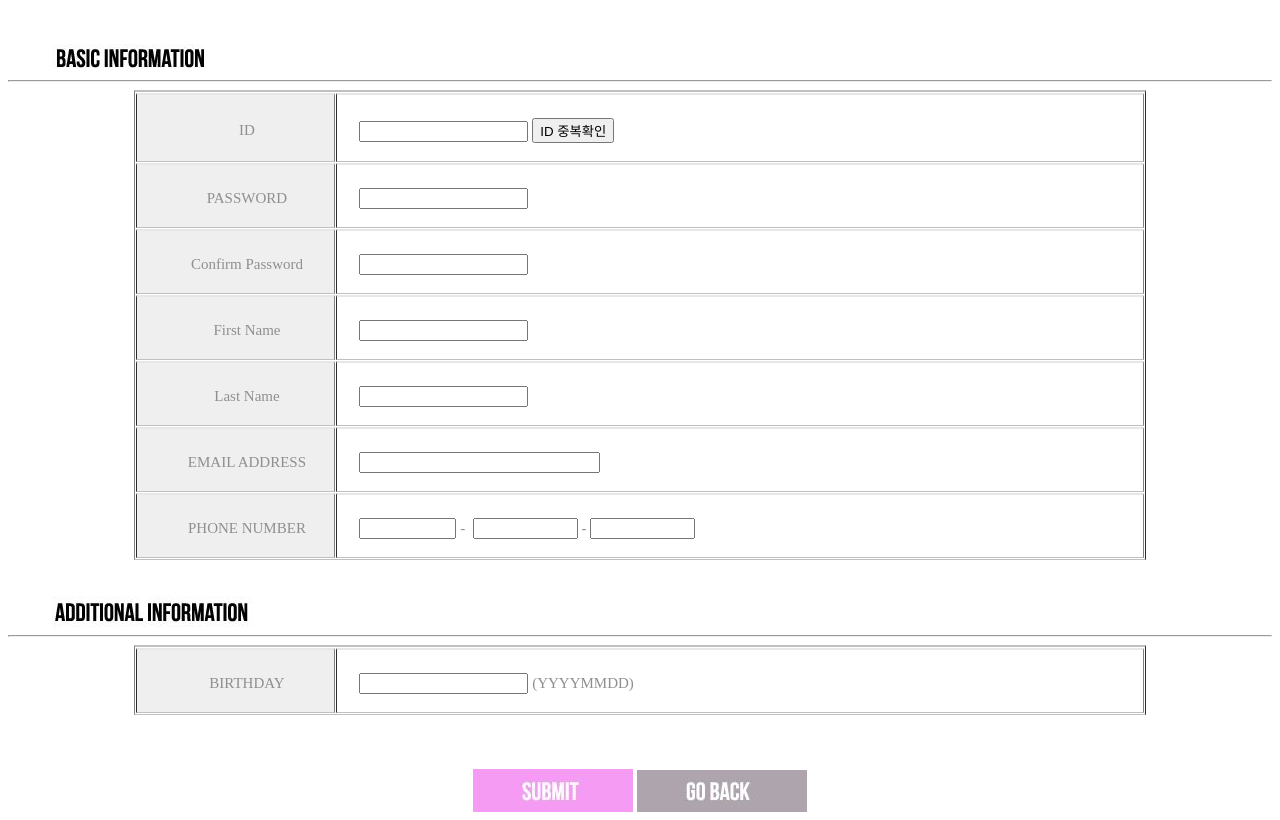
Repository: kminjoo/Making-website-using-JSP
Page: http://localhost/website_project/Register.jsp
The author's editor kept a copy of each file at every save. The page is drawn from the files as they stood at one save, then again after the next save.
The browser window is 1280 px wide. The pictures show the whole page.
The page is served by Tomcat 9.

Above is the page before, as saved 2015-07-21 14:33:09.

After the next save:
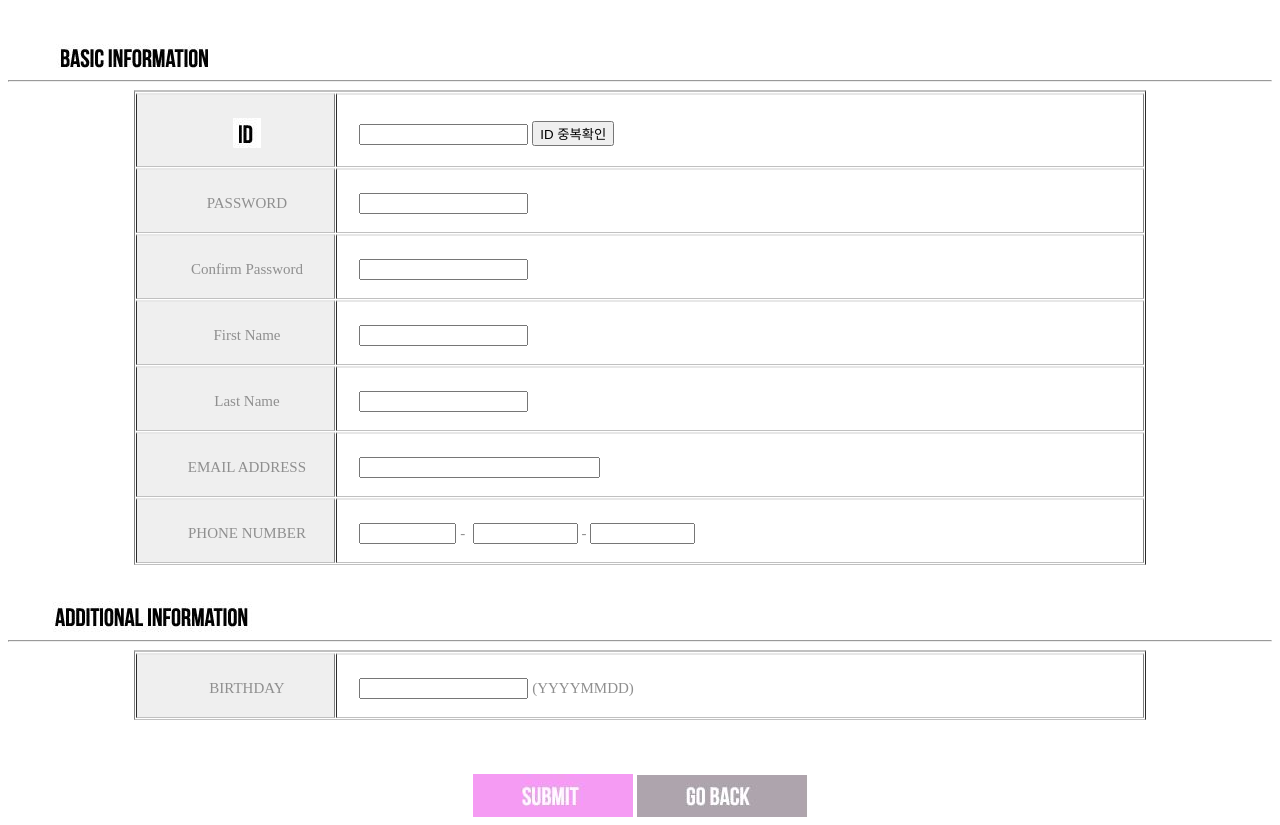
Saved 2 min 1 s later.
--- a/website_project/WebContent/Register.jsp
+++ b/website_project/WebContent/Register.jsp
@@ -10,12 +10,15 @@
 <script language="JavaScript" src="script.js"></script>
 </head>
 <body><br><br>
-<div>&nbsp;&nbsp;&nbsp;&nbsp;&nbsp;&nbsp;&nbsp;&nbsp;&nbsp;&nbsp;&nbsp;<img src="<%=request.getContextPath() %>/images/basicInfo.JPG"/></div>
+<div>&nbsp;&nbsp;&nbsp;&nbsp;&nbsp;&nbsp;&nbsp;&nbsp;&nbsp;&nbsp;&nbsp;
+<img src="<%=request.getContextPath() %>/images/basicInfo.JPG"/></div>
 <hr>
 <table border="1" cellpadding="18" cellspacing="1" width="80%" align="center">
 <form name="regForm" method="post" action="RegisterProc.jsp">
 	<tr>
-		<td width="13%" align="center" bgcolor="#EFEFEF">ID</td>
+		<td width="13%" align="center" bgcolor="#EFEFEF">
+		<img src="<%=request.getContextPath() %>/images/id2.JPG"/>
+		</td>
 		<td width="60%"><input type="text" name="mem_id" size="18">
 		<input type="button" value="ID 중복확인" onClick="idCheck(this.form.mem_id.value)"></td>
 	</tr>
